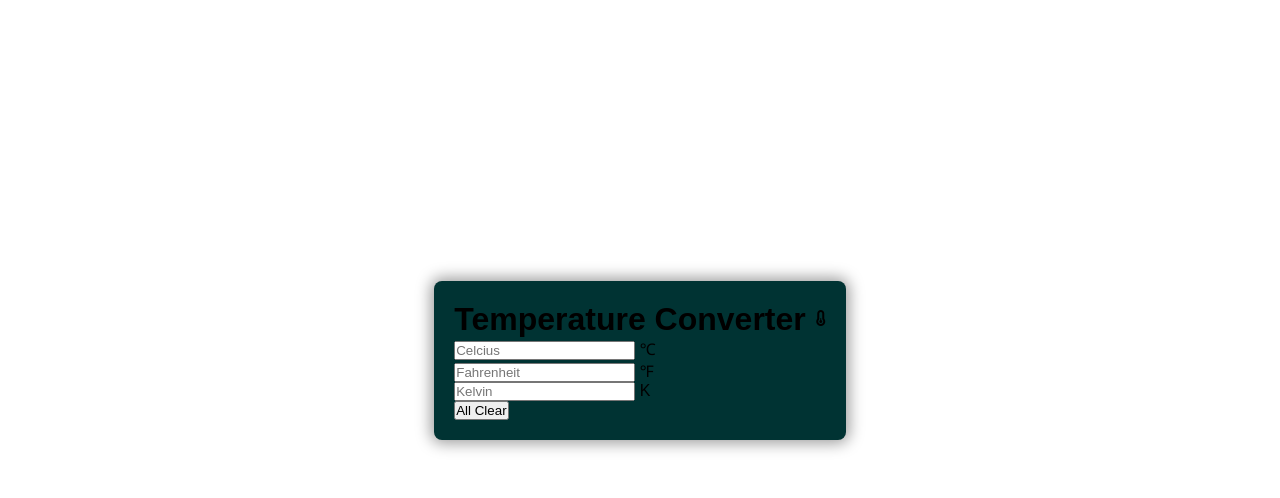
Repository: kiranjeetkaur01/tempconverter.github.io
Page: index.html
An editor plug-in stored every save of this project. The page is shown before and after the next save, followed by the edit.
The browser window is 1280 px wide. The pictures show the whole page.

Above is the page before, as saved 2023-09-27 12:42:29.

After the next save:
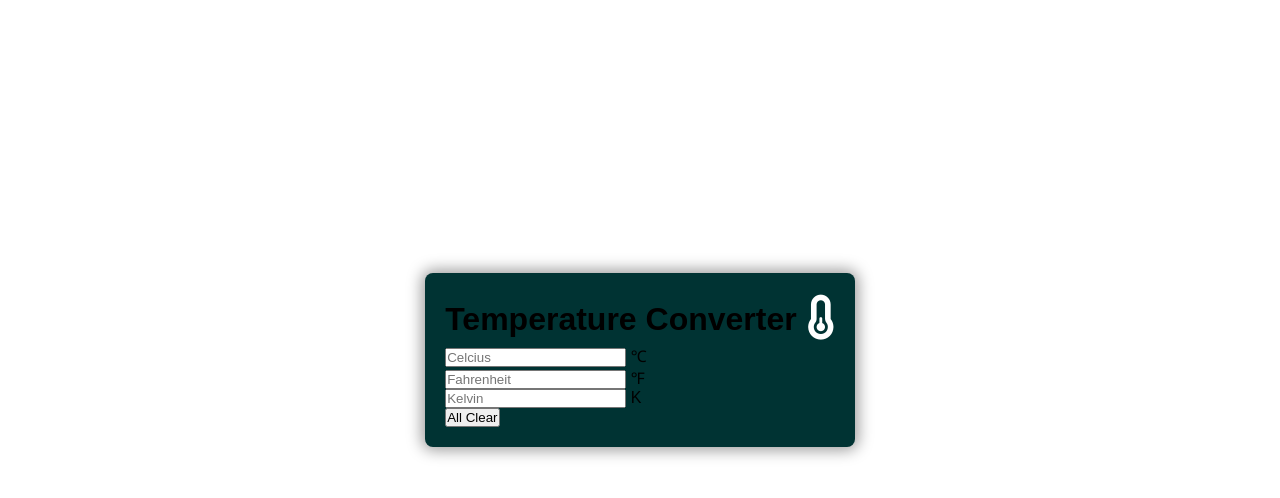
Saved 87 s later.
--- a/style.css
+++ b/style.css
@@ -25,3 +25,7 @@ body {
   flex-wrap: wrap-reverse;
   gap: 10px;
 }
+.temperature-icon {
+  font-size: 45px;
+  color: #fff;
+}
